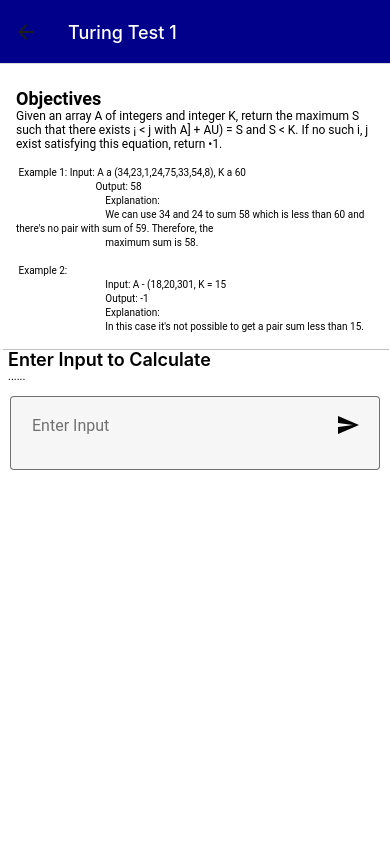
Repository: seyicoded/rn-crazy-algorithm-app
Screen: /TuringTest1
An editor plug-in stored every save of this project. The screen is shown before and after the next save, followed by the edit.
The app was drawn by React Native's web renderer in a window 390 px wide. The project was rebuilt for these pictures with package versions that can differ from the ones it lists, and the page was loaded fresh each time. Also part of the build but not shown: src/screens/sort.js, src/screens/filter.js, src/screens/advance.js, src/screens/sorts/Sort_simple_number.js, src/screens/sorts/Sort_alphabet.js, src/screens/filters/Filter_simple_number.js, src/screens/advance/Advance_number.js, src/screens/advance/Multiplier_number.js.

Above is the screen before, as saved 2022-04-01 23:22:29.

### App.js
import 'react-native-gesture-handler';
import { StatusBar } from 'expo-status-bar';
import { StyleSheet, Text, View } from 'react-native';
import Main from './src/main'
export default function App() {
  return (
    <View style={styles.container}>
      <Main />
      <StatusBar style="auto" />
    </View>
  );
}

const styles = StyleSheet.create({
  container: {
    flex: 1,
    backgroundColor: '#fff',
  },
});

### src/main.js
import { View, Text } from 'react-native'
import React from 'react'
import {NavigationContainer} from '@react-navigation/native'
import {createStackNavigator} from '@react-navigation/stack'
import Home from './screens/index'
import Sort from './screens/sort'
import Filter from './screens/filter'
import Advance from './screens/advance'
import Sort_simple_number from './screens/sorts/Sort_simple_number'
import Sort_alphabet from './screens/sorts/Sort_alphabet'
import Filter_simple_number from './screens/filters/Filter_simple_number'
import Advance_number from './screens/advance/Advance_number'
import Multiplier_number from './screens/advance/Multiplier_number'
import TuringTest1 from './screens/advance/TuringTest1'

const StackNav = createStackNavigator()

export default function Main() {
  return (
    <NavigationContainer>
        <StackNav.Navigator>
            <StackNav.Screen name="Home" options={{headerMode: 'none'}} component={Home} />
            <StackNav.Screen name="Filter" options={{headerMode: 'none'}} component={Filter} />
            <StackNav.Screen name="Sort" options={{headerMode: 'none'}} component={Sort} />
            <StackNav.Screen name="Advance" options={{headerMode: 'none'}} component={Advance} />

            {/* sort aspect */}
            <StackNav.Screen name="Sort_simple_number" options={{title: 'Number Sort', headerStyle: {backgroundColor: 'darkblue', color: 'white'}, headerTitleStyle: {color: 'white'}}} component={Sort_simple_number} />
            <StackNav.Screen name="Sort_alphabet" options={{title: 'Alphabet Sort', headerStyle: {backgroundColor: 'darkblue', color: 'white'}, headerTitleStyle: {color: 'white'}}} component={Sort_alphabet} />

            {/* filter aspect */}
            <StackNav.Screen name="Filter_simple_number" options={{title: 'Number Filter', headerStyle: {backgroundColor: 'darkblue', color: 'white'}, headerTitleStyle: {color: 'white'}}} component={Filter_simple_number} />
            <StackNav.Screen name="Advance_number" options={{title: 'Advance Number Section', headerStyle: {backgroundColor: 'darkblue', color: 'white'}, headerTitleStyle: {color: 'white'}}} component={Advance_number} />
            <StackNav.Screen name="Multiplier_number" options={{title: 'Multiplier Number Section', headerStyle: {backgroundColor: 'darkblue', color: 'white'}, headerTitleStyle: {color: 'white'}}} component={Multiplier_number} />
            <StackNav.Screen name="TuringTest1" options={{title: 'Turing Test 1', headerStyle: {backgroundColor: 'darkblue', color: 'white'}, headerTitleStyle: {color: 'white'}}} component={TuringTest1} />
        </StackNav.Navigator>
    </NavigationContainer>
  )
}

### src/screens/index.js
import { View, Text, StyleSheet, FlatList, TouchableOpacity } from 'react-native'
import React, {useState, useEffect, useRef} from 'react'
import Header from '../layout/header'
import { List, Avatar, Card, Title, Paragraph, Button } from 'react-native-paper';

const data = [
    {
        id: 'Sort',
        image: 'https://picsum.photos/700',
        title: 'Sort',
    },
    {
        id: 'Filter',
        image: 'https://picsum.photos/700',
        title: 'Filter',
    },
    {
        id: 'Advance',
        image: 'https://picsum.photos/700',
        title: 'Advance',
    },
]

export default function Index({route, navigation}) {
    const [color, setColor] = useState('darkblue');
    var timer = null;
    var ColorChanger = useRef('darkblue');


    useEffect(()=>{
        timer = setInterval(()=>{
            // console.log('.')
            ColorChanger.current = (ColorChanger.current == 'darkblue') ? 'darkred' : 'darkblue';
            setColor(ColorChanger.current);
        }, 1000);
        return ()=>{
            clearInterval(timer);
        }
    }, [])

    const styles = StyleSheet.create({
        container: {
          flex: 1,
          width: '100%',
          backgroundColor: '#fff',
        },
        header: {
            fontSize: 16,
            textAlign: 'center',
            marginTop: 20,
            marginBottom: 20,
            color: color,
            fontWeight: '700',
        },
        list: {
            width: '100%',
        },
        card: {
            // backgroundColor: 'red',
            margin: 20,
            shadowColor: '#000',
            shadowOffset: { width: 0, height: 2 },
            shadowOpacity: 0.8,
            elevation: 4
        }
    });

    return (
        <View style={styles.container}>
            <Header title="Home" visible={false} navigation={navigation} />
            <Text style={styles.header}>Let's Prep Shall We</Text>

            <FlatList
                data={data}
                style={styles.list}
                renderItem={({ item }) => {
                    return (
                        <TouchableOpacity onPress={() => navigation.navigate(item.id, {title: item.title})}>
                            <Card style={styles.card}>
                                <Card.Cover source={{ uri: item.image }} />
                                {/* <Card.Actions style={{justifyContent: 'center'}}>
                                    <Button onPress={()=>navigation.navigate(item.id)}>{item.title}</Button>

                                </Card.Actions> */}

                                <Card.Content style={{justifyContent: 'center'}}>
                                    <Title style={{textAlign: 'center', marginTop:12, color: 'darkblue'}}>{item.title}</Title>
                                </Card.Content>
                            </Card>
                        </TouchableOpacity>
                    )
                }}
                numColumns={1}
            />

            {/* <Card>
                <Card.Cover source={{ uri: 'https://picsum.photos/700' }} />

                <Card.Content>
                    <Title>Card title</Title>
                </Card.Content>
            </Card> */}

        </View>
    )
}

### src/screens/advance/TuringTest1.js
import { StyleSheet, Text, View, TouchableOpacity, Pressable, Keyboard, ScrollView } from 'react-native'
import React from 'react'
import { Banner, RadioButton, TextInput } from 'react-native-paper';
import {Ionicons} from '@expo/vector-icons'

export default function TuringTest1() {
    const [value, setValue] = React.useState('ascending');
    const [byWhat, setbyWhat] = React.useState('letter');
    const [unsortedVal, setunsortedVal] = React.useState('');
    const [sortedVal, setsortedVal] = React.useState('');
    const [calDone, setcalDone] = React.useState([]);

    // console.log(calDone)

    const calculate = (numbers, counts) => {
        var number = unsortedVal;
        var count = 0;
        var calRecord = [];
        // check if length is one
        // if(number.length <= 1){
        //     setsortedVal(`final number is: ${number}, number of calculation: ${count}`);
        //     return ;
        // }

        // const num_array = (number).toString().split('');
        // var new_num = 1;
        // for (let i = 0; i < num_array.length; i++) {
        //     const element = parseInt(num_array[i]);
        //     new_num *= element;
        // }

        // count++;
        // console.log(new_num)
        do{
            if(number.toString().length <= 1){
                setsortedVal(`final number is: ${number}, number of calculation: ${count}`);
                setcalDone(calRecord);
                return ;
            }

            console.log(number.toString())

            var num_array = (number).toString().split('');
            var calRecordIndexer = num_array.join(' x ');
            var new_num = 1;
            for (let i = 0; i < num_array.length; i++) {
                const element = parseInt(num_array[i]);
                new_num *= element;
            }

            calRecordIndexer = calRecordIndexer + ' = ' + new_num;
            calRecord[count] = calRecordIndexer;
            count++;
            number = new_num;
            if(number.toString().length <= 1){
                setsortedVal(`final number is: ${number}, number of calculation: ${count}`);
                setcalDone(calRecord);
                return ;
            }

        }while((number).toString().length > 1)
        // return calculate(new_num, count);
    }

  return (
      <Pressable onPress={()=>{Keyboard.dismiss()}} style={{flex: 1,}}>
        <ScrollView style={styles.container}>
            <Banner
                visible={true}
                actions={[
                ]}
                >
                    <View>
                        <Text style={{fontWeight: '600', fontSize: 18}}>Objectives</Text>
                        <Text />
                        <Text style={{fontSize: 12}}>
                            {`Given an array A of integers and integer K, return the maximum S such that there exists ¡ < j with A] + AU) = S and S < K. If no such i, j exist satisfying this equation, return •1.`}

                            <Text style={{fontSize: 10}}>
                                {`\n \n Example 1: Input: A a (34,23,1,24,75,33,54,8), K a 60
                                Output: 58
                                    Explanation:
                                    We can use 34 and 24 to sum 58 which is less than 60 and there's no pair with sum of 59. Therefore, the
                                    maximum sum is 58.
                                    \n Example 2:
                                    Input: A - (18,20,301, K = 15
                                    Output: -1
                                    Explanation:
                                    In this case it's not possible to get a pair sum less than 15.`}
                            </Text>
                        </Text>
                    </View>
            </Banner>

            <Text />

            <Text style={styles.title_element}>Enter Input to Calculate</Text>
            <Text style={{fontSize: 10, marginLeft: 8}}>......</Text>

            <TextInput
                label='Enter Input'
                mode='outlined'
                style={styles.input}
                value={unsortedVal}
                multiline={true}
                keyboardType='numeric'
                right={<TextInput.Icon forceTextInputFocus={false} onPress={()=>calculate(unsortedVal, 0)} style={{zIndex: 999}} name="send" />}
                onChangeText={text => setunsortedVal(text)}
            />

            <Text />

            {
                sortedVal.length > 0 ?
                <View>
                    <Text style={[styles.title_element, {marginTop: 14}]}>Solved Output</Text>
                    <Text style={styles.sorted_output}>
                        {sortedVal}
                    </Text>

                    <Text/>
                    <Text style={{marginLeft: 10}}>Belows are the calculation done:</Text>
                    <View style={{alignItems: 'center',}}>
                        {
                            calDone.map((item, index) => {
                                return <Text style={{fontSize: 23, marginTop: 3}}>{item}</Text>
                            })
                        }
                    </View>

                </View>
                :<></>
            }
        </ScrollView>
    </Pressable>
  )
}

const styles = StyleSheet.create({
    container: {
        flex: 1,
        backgroundColor: '#fff',
    },
    title_element: {
        fontWeight: '600',
        fontSize: 18,
        paddingLeft: 8
    },
    radio: {
        flexDirection: 'row',
        justifyContent: 'space-between',
        alignItems: 'center',
        marginHorizontal: 10,
        backgroundColor: 'rgba(0, 0, 0, 0.05)',
        paddingHorizontal: 8,
    },
    input: {
        marginHorizontal: 10,
        marginVertical: 8,
        // backgroundColor: 'rgba(0, 0, 0, 0.05)',
        paddingHorizontal: 8,
        zIndex: 99
    },
    sorted_output: {
        margin: 20,
        backgroundColor: 'rgba(0, 0, 0, 0.05)',
        padding: 10,
        fontSize: 18,
    }
})

### src/layout/header.js
import { View, Text } from 'react-native'
import React, {useState, useEffect} from 'react'
import { Appbar } from 'react-native-paper';

export default function Header({title, visible, navigation}) {
    // const [visible, setVisible] = useState(false);

    if(visible){
        return (
            <Appbar.Header style={{backgroundColor: 'darkblue'}}>
                {
                    (visible) ?
                    <Appbar.BackAction onPress={()=>navigation.goBack()} />
                    :<></>
                }
                <Appbar.Content title={title} />
            </Appbar.Header>
          )
    }else{
        return (
            <Appbar.Header style={{backgroundColor: 'darkblue'}}>
                <Appbar.Content title={title} />
            </Appbar.Header>
          )
    }

}

After the next save:
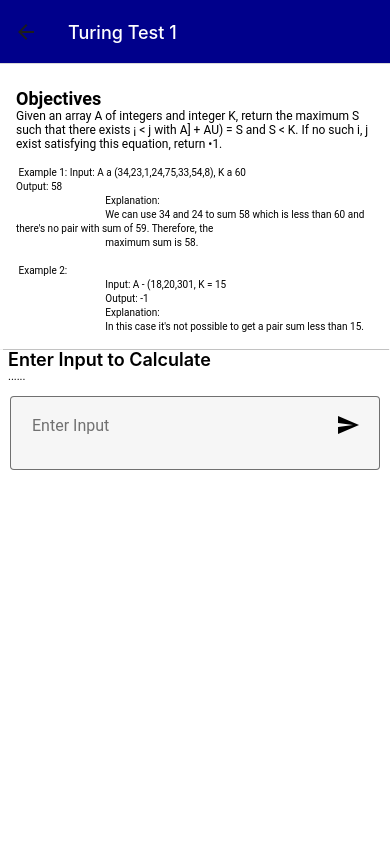
Saved 11 s later.
--- a/src/screens/advance/TuringTest1.js
+++ b/src/screens/advance/TuringTest1.js
@@ -77,8 +77,7 @@ export default function TuringTest1() {
                             {`Given an array A of integers and integer K, return the maximum S such that there exists ¡ < j with A] + AU) = S and S < K. If no such i, j exist satisfying this equation, return •1.`}
 
                             <Text style={{fontSize: 10}}>
-                                {`\n \n Example 1: Input: A a (34,23,1,24,75,33,54,8), K a 60
-                                Output: 58
+                                {`\n \n Example 1: Input: A a (34,23,1,24,75,33,54,8), K a 60 \nOutput: 58
                                     Explanation:
                                     We can use 34 and 24 to sum 58 which is less than 60 and there's no pair with sum of 59. Therefore, the
                                     maximum sum is 58.
